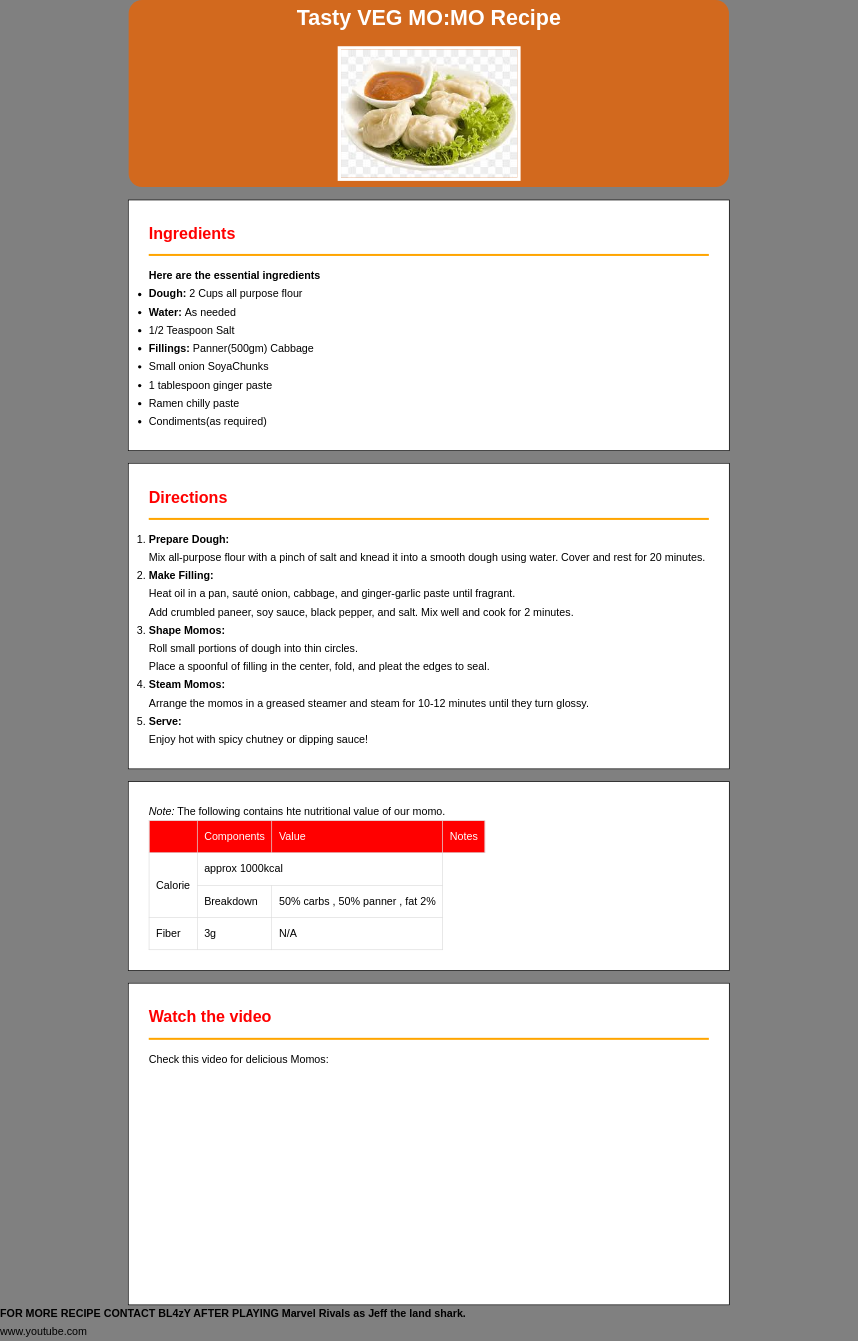
Repository: GigaByte6610/recipe
Page: index.html
These files come from the project's save history. The page is drawn as it stood at one moment and after the next save; the edit follows.
The browser window is 1280 px wide. The pictures show the whole page, at 67% of full size.
Pictures or frames that could not be fetched are drawn as grey boxes.

Above is the page before, as saved 2025-02-05 04:42:14.

After the next save:
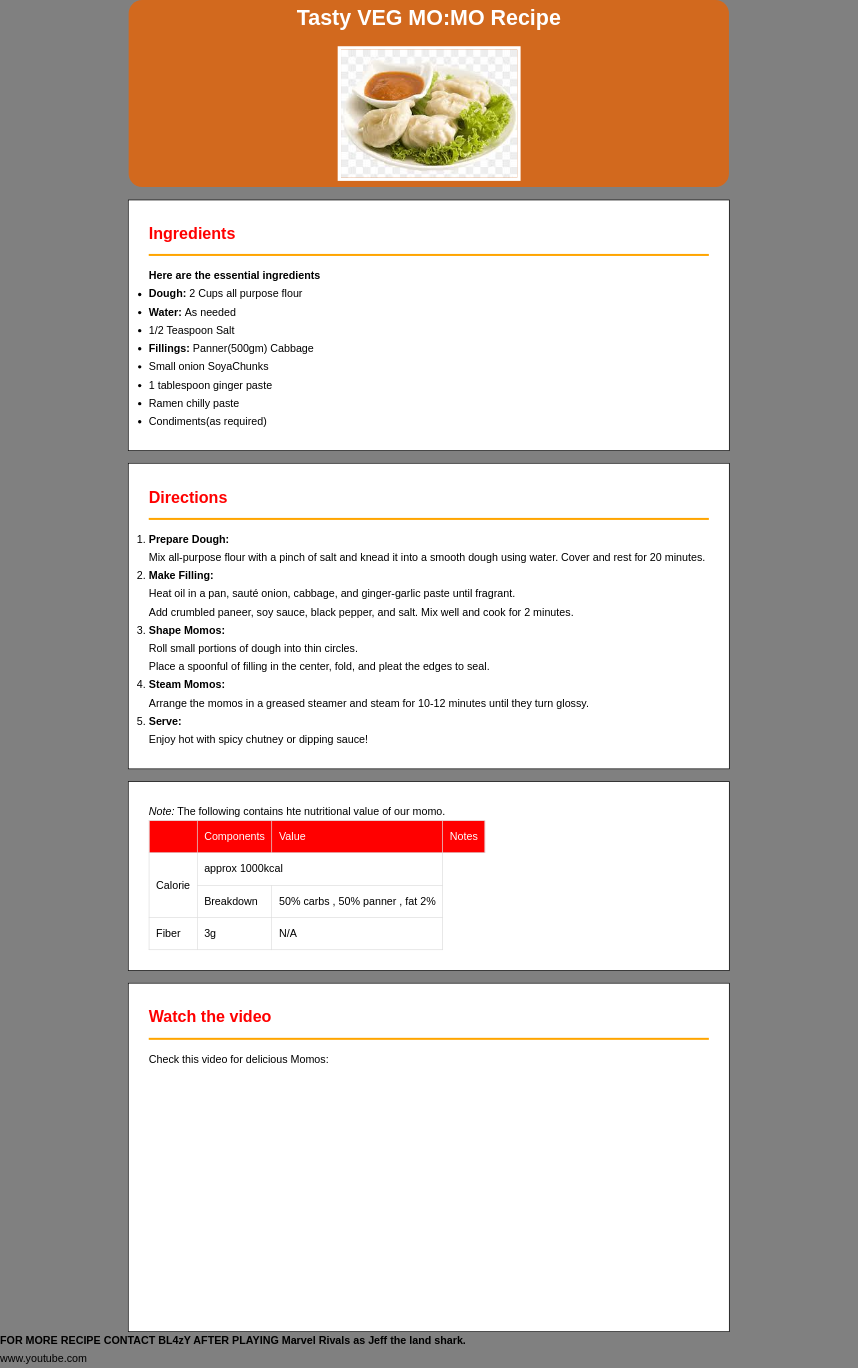
Saved 27 s later.
--- a/style.css
+++ b/style.css
@@ -64,3 +64,7 @@ th {
     padding: 10px;
     text-align: left;
 }
+
+iframe {
+    margin: 20px 0;
+}
